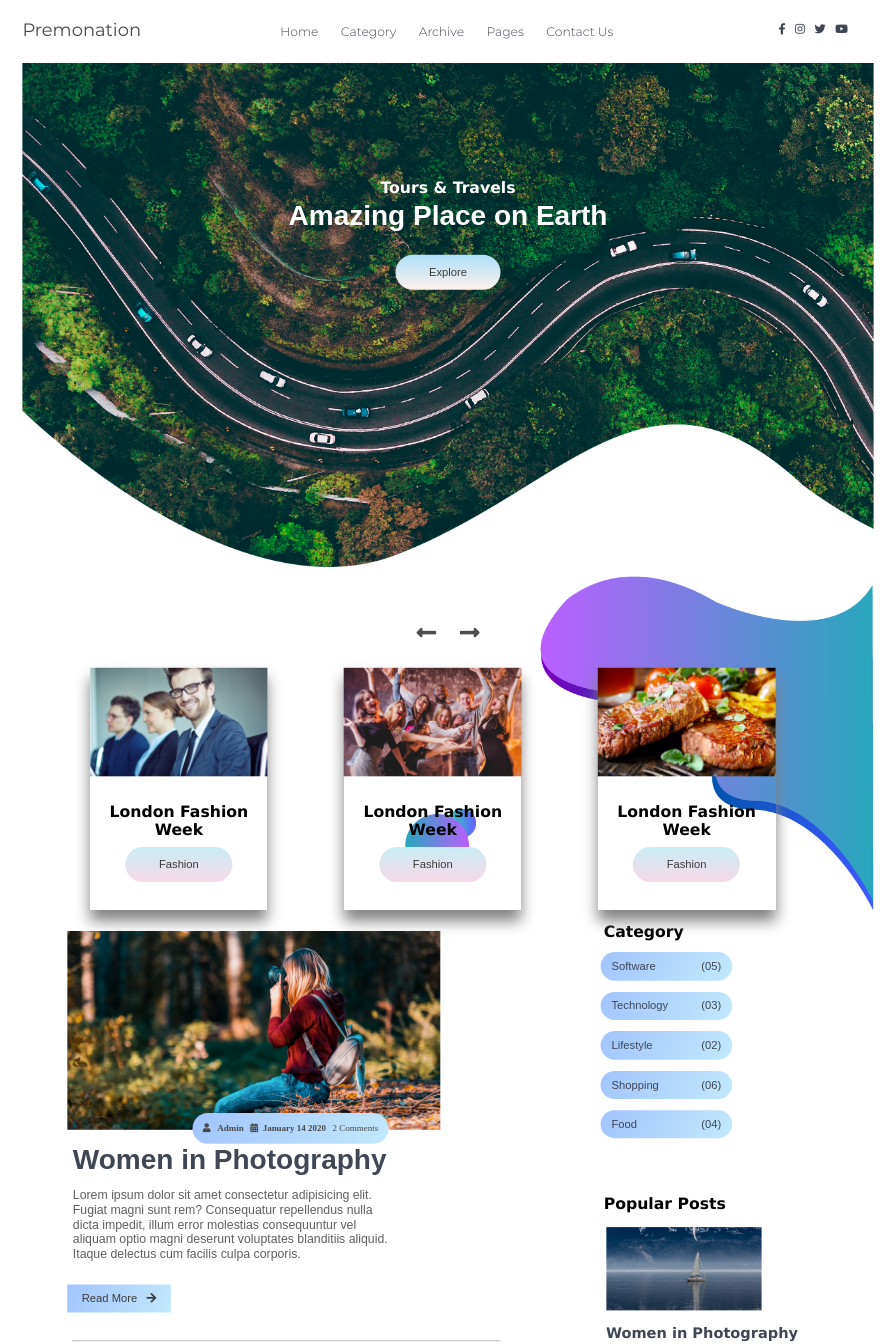
Repository: premjawaharp/Blogsite
Page: index.html
An editor plug-in stored every save of this project. The page is shown before and after the next save, followed by the edit.
The browser window is 1280 px wide. The pictures show the part of the page from y = 0 to 1920 px (the page is 4268 px tall before and 4303 px after), at 70% of full size.

Above is the page before, as saved 2020-09-18 15:57:32.

After the next save:
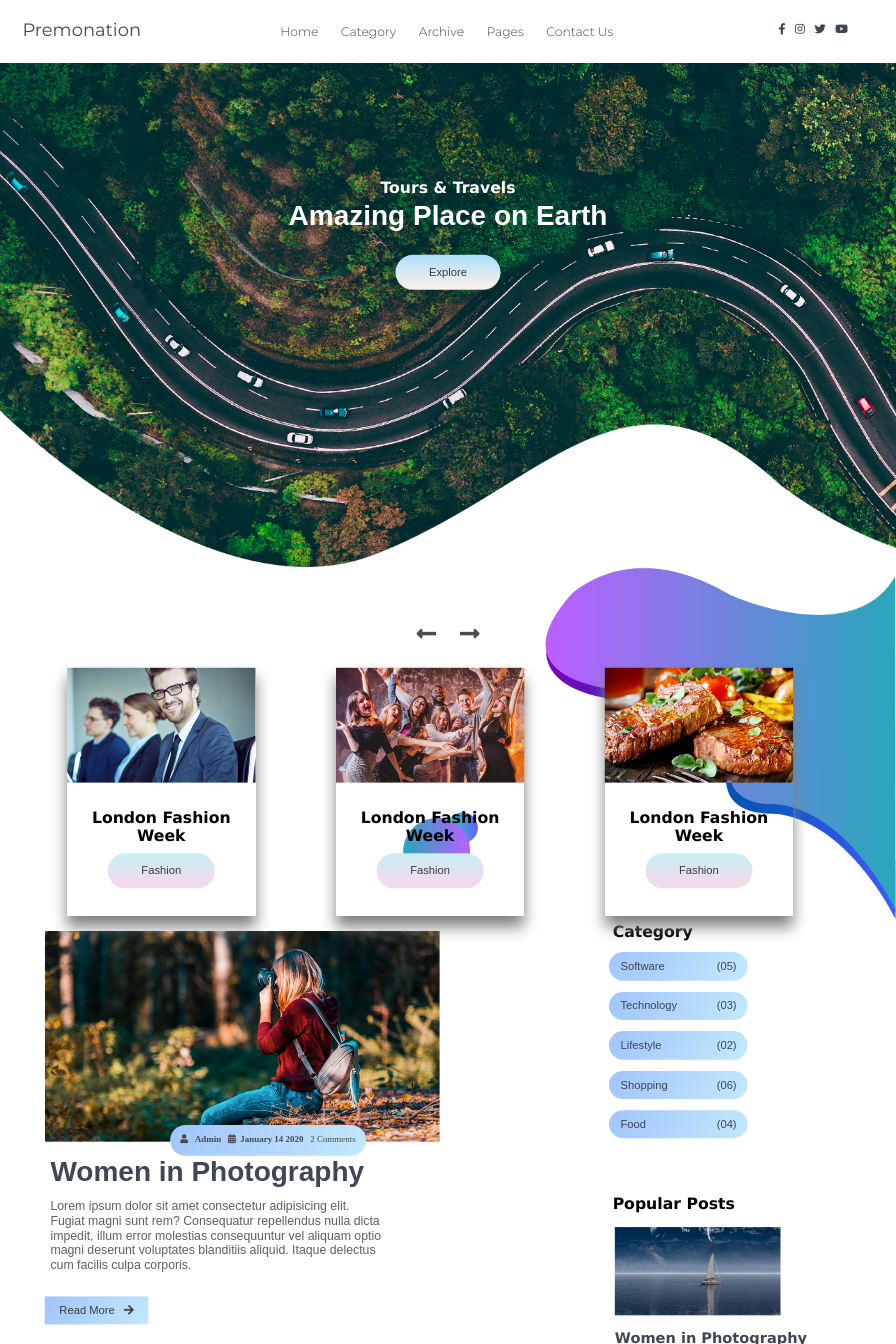
Saved 21 s later.
--- a/css/style.css
+++ b/css/style.css
@@ -35,7 +35,7 @@ html,body{
 
 /* --------global classes-------- */
 main{
-    margin: 2rem
+    margin-top: 2rem
 }
 a{
     text-decoration: none;
